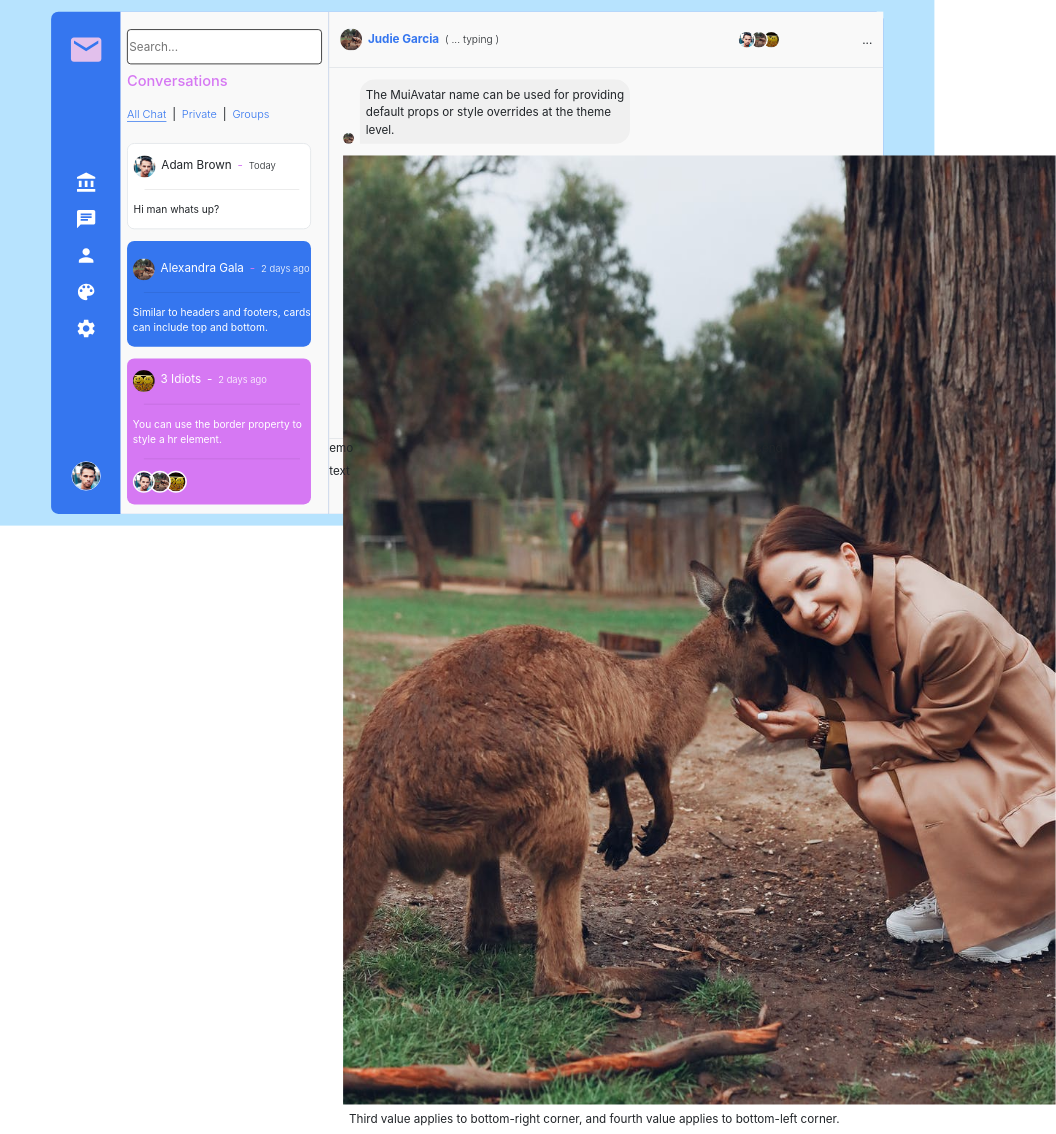
Repository: arafat877/super-chat
Page: /
The author's editor kept a copy of each file at every save. The page is drawn from the files as they stood at one save, then again after the next save.
The browser window is 1280 px wide. The page is 1446 px wide, then 1280 px, so the pictures cover 1446 px, including what lies to the right of the window. The pictures show the whole page, at 73% of full size.
The project was rebuilt for these pictures with package versions that can differ from the ones it lists, and the page was loaded fresh each time.

Above is the page before, as saved 2020-08-07 02:05:26.

After the next save:
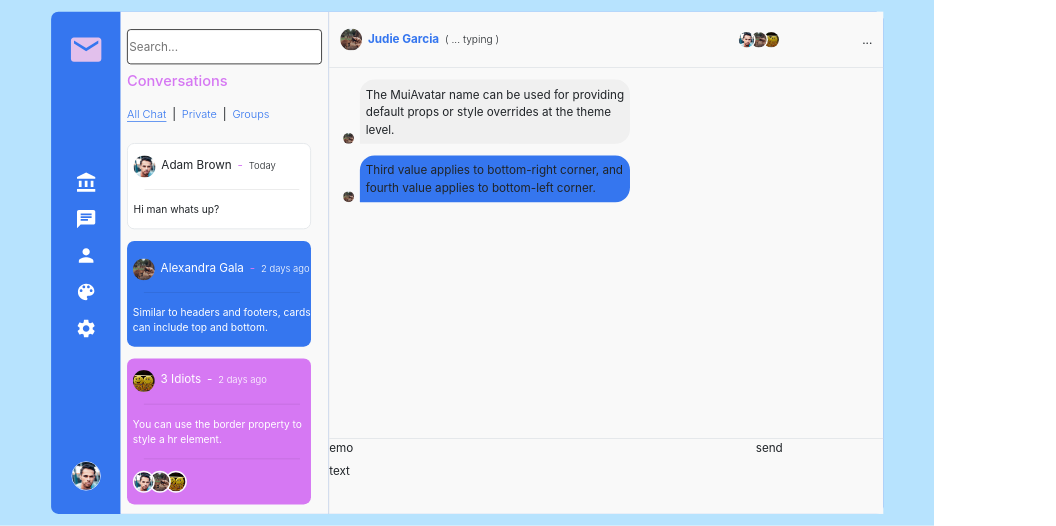
Saved 31 s later.
--- a/src/App.scss
+++ b/src/App.scss
@@ -266,6 +266,22 @@
             width: 50%;
           }
         }
+
+        .messageRowOwner {
+            .messageUserProfilePicture {
+              height: 15px;
+              width: 15px;
+              border-radius: 50%;
+              object-fit: cover;
+            }
+
+            .text {
+              background-color: #3576ef;
+              border-radius: 20px 20px 20px 0px;
+              width: 50%;
+            }
+          }
+
       }
       .chatInput {
         height: 15%;
